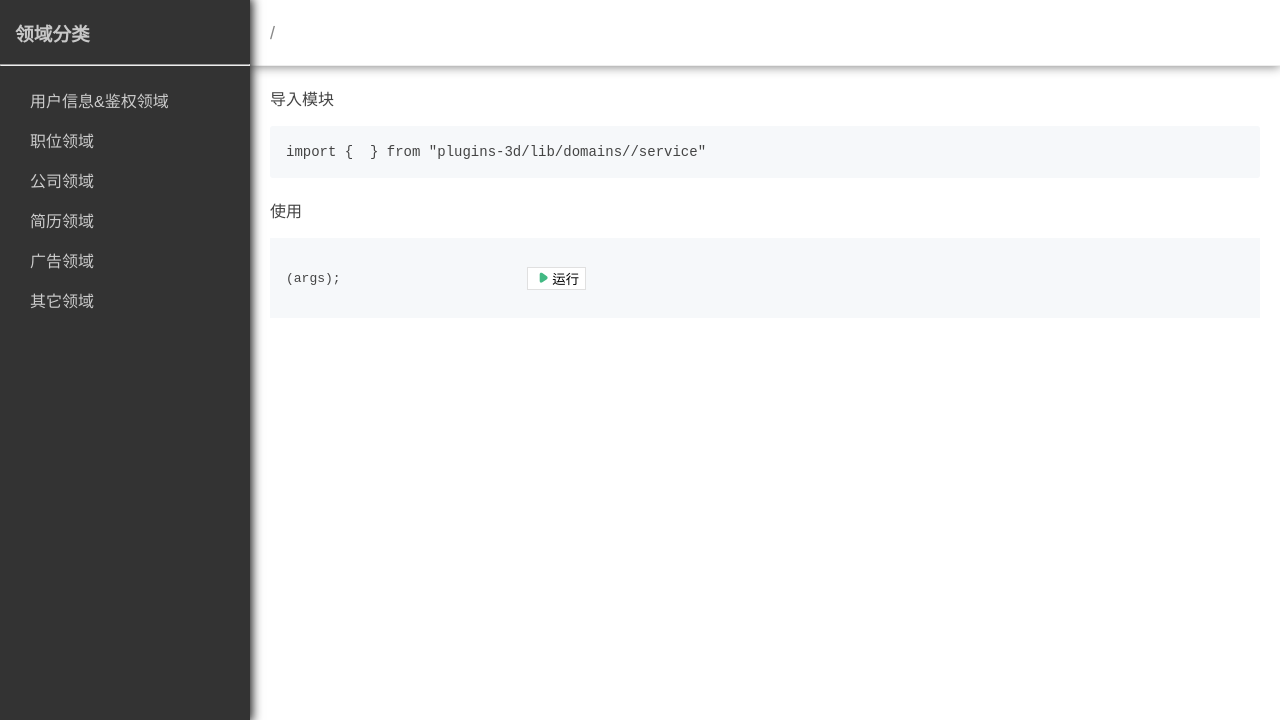
Repository: lsliangshan/inig-3d-doc
Page: /detail
These files come from the project's save history. The page is drawn as it stood at one moment and after the next save; the edit follows.
The browser window is 1280 px wide. The pictures show the whole page.
The first visible `.form_footer .btn_run` has the focus.
An inner scrolling area shows only its first screen. The project was rebuilt for these pictures with package versions that can differ from the ones it lists, and the page was loaded fresh each time. Also part of the build but not shown: vue.config.js, src/components/HelloWorld.vue, src/views/Home.vue, src/components/User.vue, src/components/Position.vue, src/components/Company.vue, src/components/Resume.vue, src/components/Ads.vue and 1 more. Imported but missing from the stored project, and not drawn on this page: ../plugins-3d/lib/domains/job/service, ../plugins-3d/lib/domains/user/service.

Above is the page before, as saved 2019-08-08 22:14:49.

After the next save:
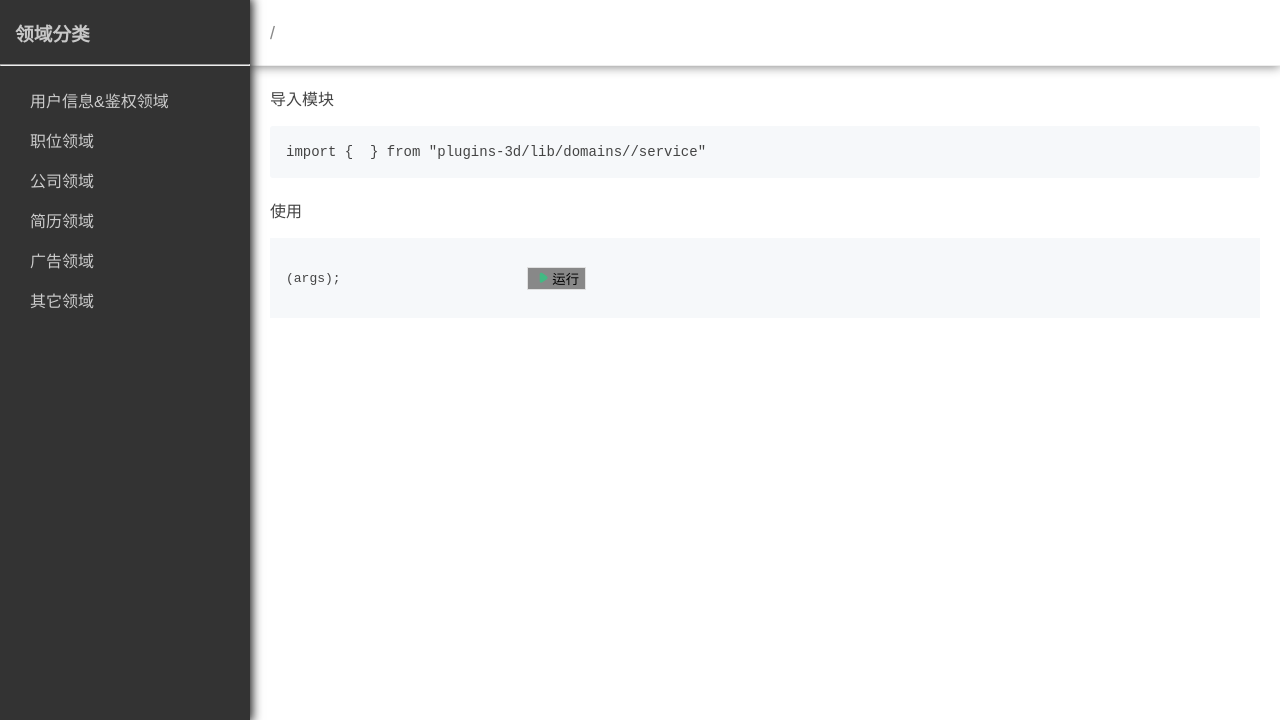
Saved 33 s later.
--- a/src/components/parts/DetailContent.vue
+++ b/src/components/parts/DetailContent.vue
@@ -157,6 +157,7 @@
   }
   .form_footer .btn_run:focus {
     outline: none;
+    background-color: #888;
   }
   .form_footer .btn_run:active {
     background-color: #888;

After the save that followed:
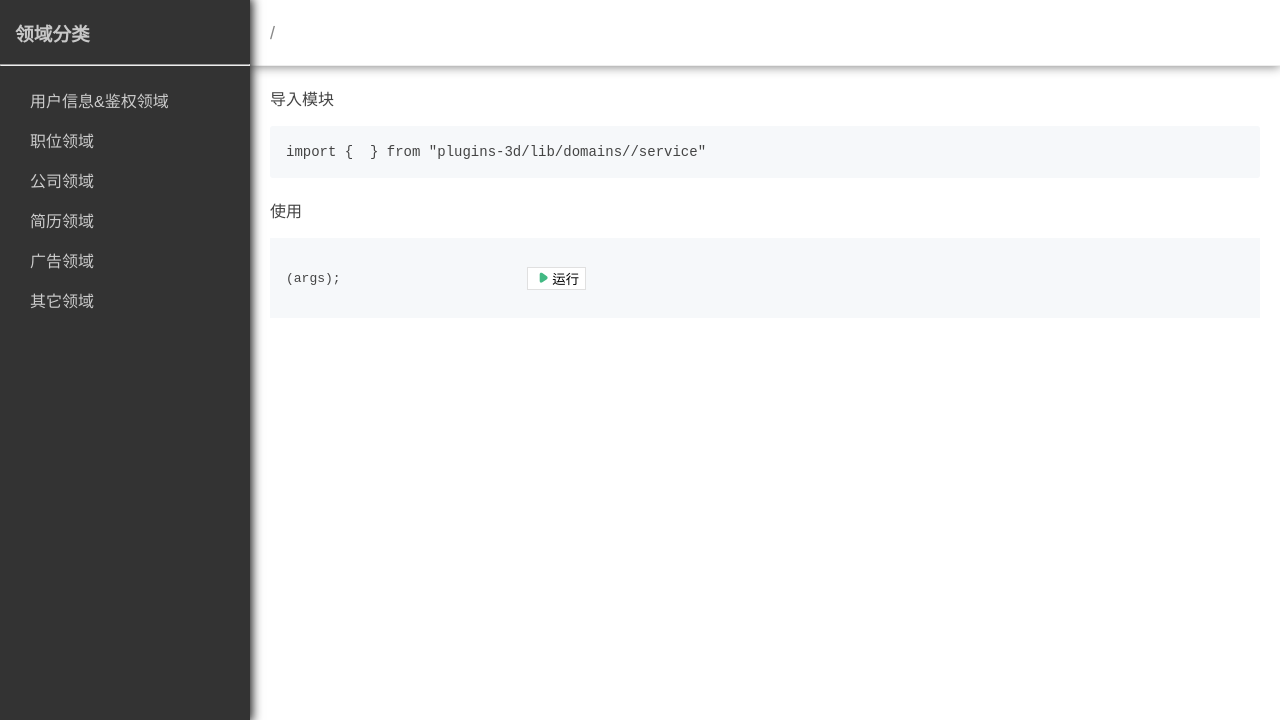
Saved 9 s later.
--- a/src/components/parts/DetailContent.vue
+++ b/src/components/parts/DetailContent.vue
@@ -157,7 +157,6 @@
   }
   .form_footer .btn_run:focus {
     outline: none;
-    background-color: #888;
   }
   .form_footer .btn_run:active {
     background-color: #888;
